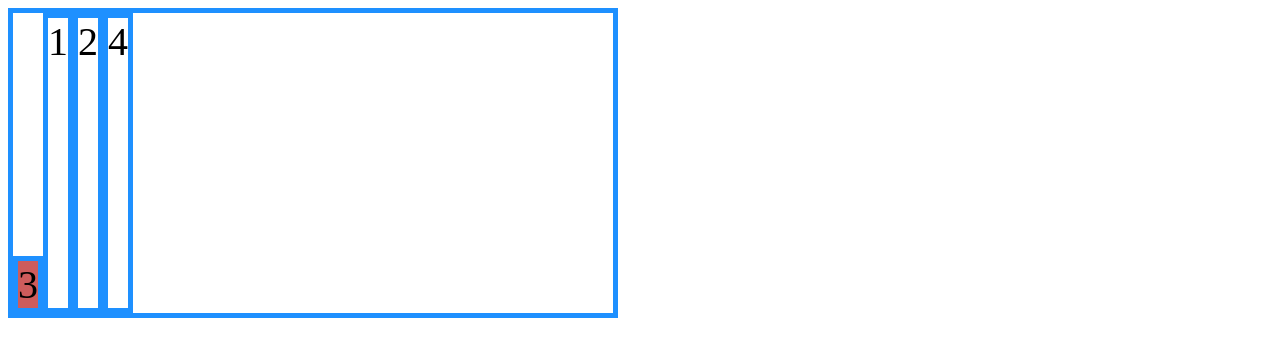
Repository: eversonps/flexbox-grid-css
Page: flexbox/flexbox2.html
The author's editor kept a copy of each file at every save. The page is drawn from the files as they stood at one save, then again after the next save.
The browser window is 1280 px wide. The pictures show the whole page.

Above is the page before, as saved 2022-03-23 15:43:08.

### flexbox/flexbox2.html
<!DOCTYPE html>
<html>

<head>
    <meta charset="UTF-8">
    <title>Flexbox #02</title>
    <style>
        div {
            border: solid 5px dodgerblue;
            font-size: 40px;
        }

        .flex-container div {
            box-sizing: border-box;
        }

        .flex-container{
            display: flex;
            height: 300px;
            width: 600px;
        }

        .flex-container div:nth-child(3){
            background-color: indianred;
            order: 1;
            order: 0;
            order: -1;
            align-self: center;
            align-self: flex-start;
            align-self: flex-end;
        }
    </style>
</head>

<body>
    <div class="flex-container">
        <div>1</div>
        <div>2</div>
        <div>3</div>
        <div>4</div>
    </div>
</body>

</html>

After the next save:
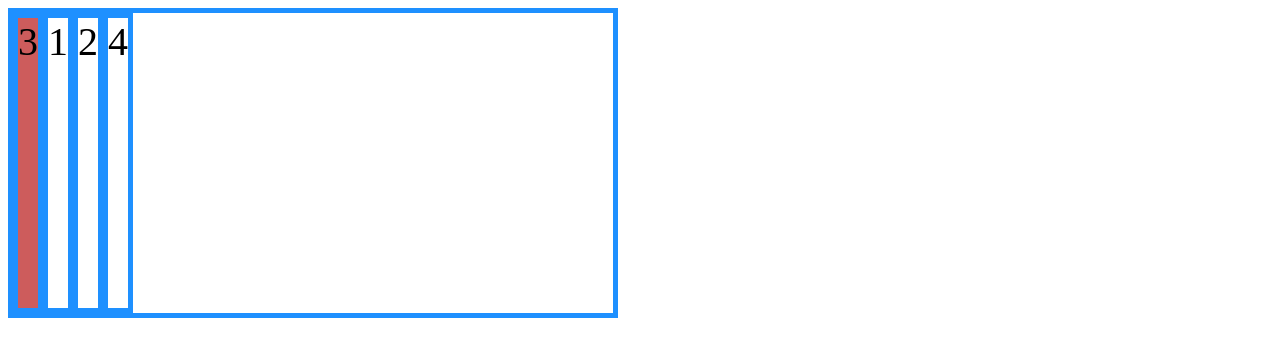
Saved 35 s later.
--- a/flexbox/flexbox2.html
+++ b/flexbox/flexbox2.html
@@ -28,6 +28,7 @@
             align-self: center;
             align-self: flex-start;
             align-self: flex-end;
+            align-self: stretch;
         }
     </style>
 </head>
